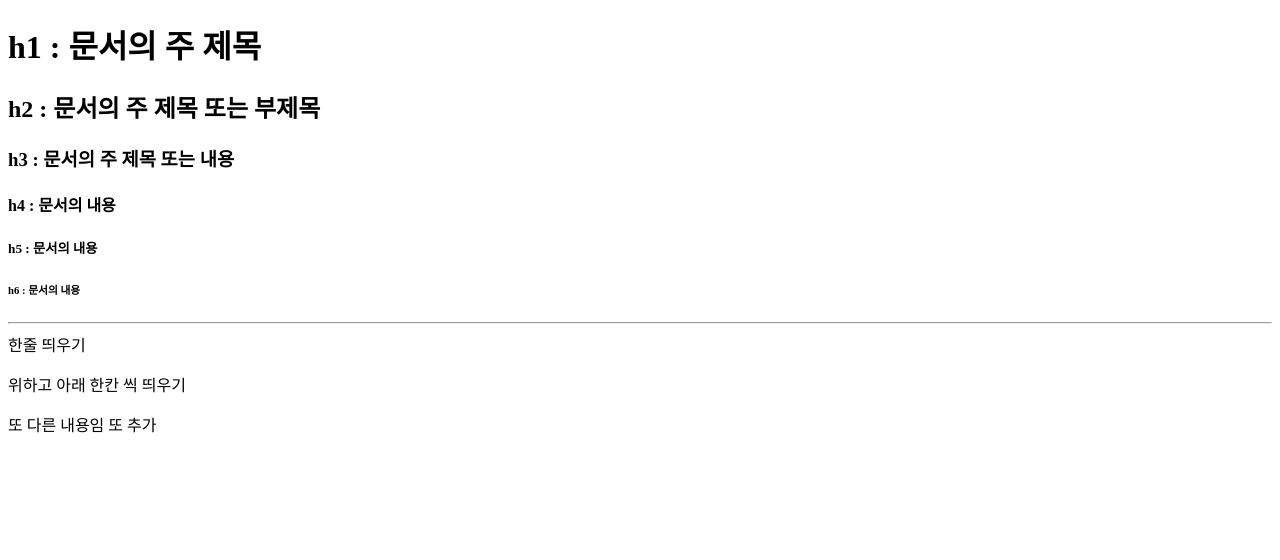
Repository: sika5382/jsp
Page: html/WebContent/NewFile.html
These files come from the project's save history. The page is drawn as it stood at one moment and after the next save; the edit follows.
The browser window is 1280 px wide. The pictures show the whole page.

Above is the page before, as saved 2020-10-29 05:11:35.

After the next save:
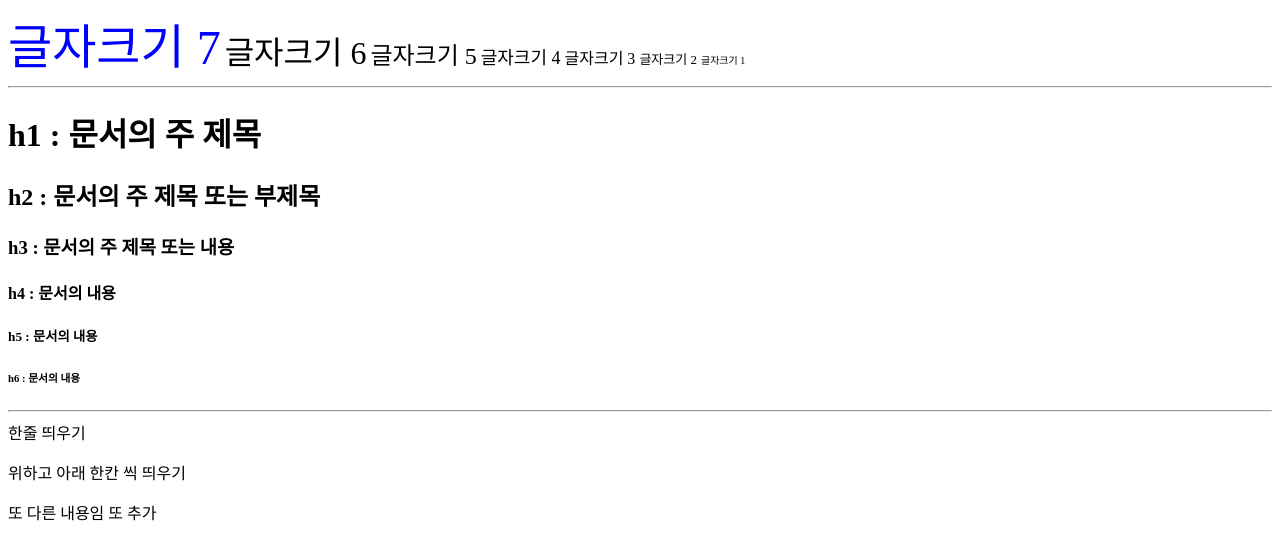
Saved 4 min 39 s later.
--- a/html/WebContent/NewFile.html
+++ b/html/WebContent/NewFile.html
@@ -8,6 +8,17 @@
 <body text="white" bgcolor='black'>
 	 -->
 <body>
+
+<font size="7" face="궁서체" color="blue">글자크기 7</font>
+<font size="6">글자크기 6</font>
+<font size="5">글자크기 5</font>
+<font size="4">글자크기 4</font>
+<font size="3">글자크기 3</font>
+<font size="2">글자크기 2</font>
+<font size="1">글자크기 1</font>
+
+<hr>
+
 <h1> h1 : 문서의 주 제목</h1>
 <h2> h2 : 문서의 주 제목 또는 부제목</h2>
 <h3> h3 : 문서의 주 제목 또는 내용</h3>
